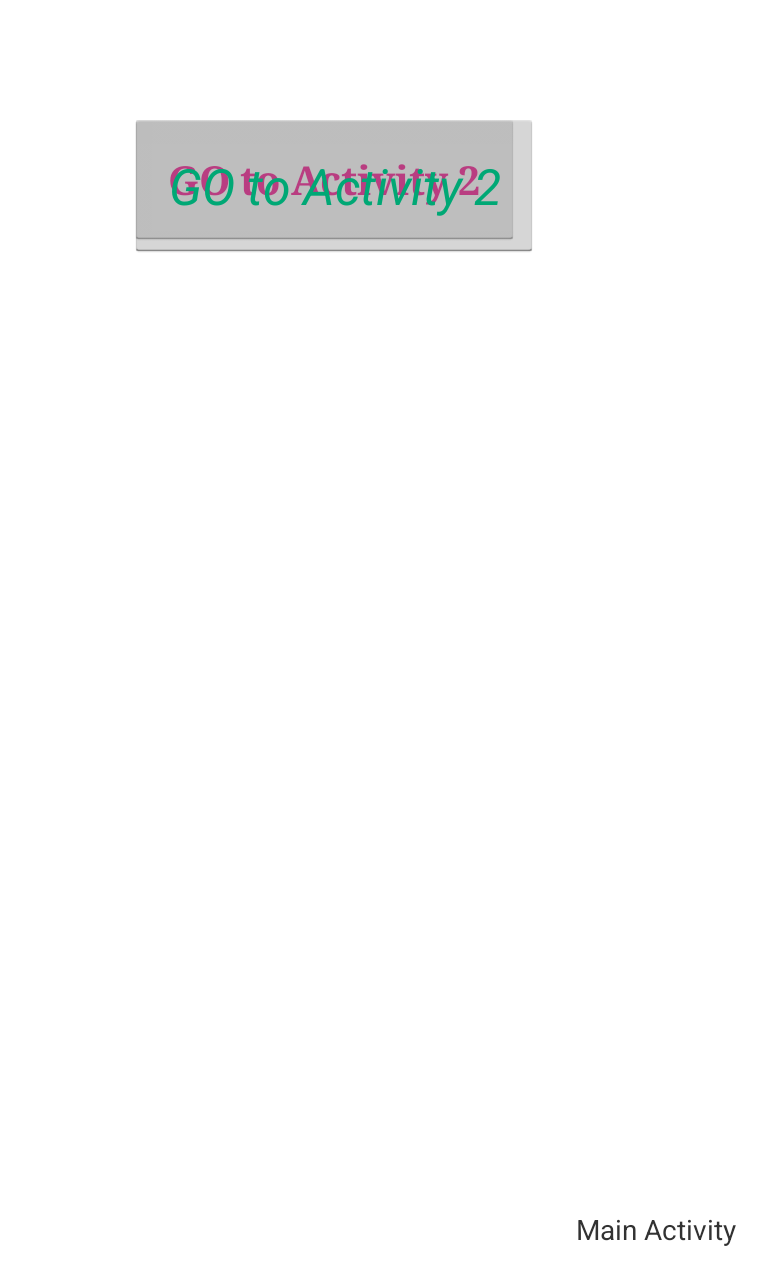
Repository: EnjoyWorkTrue/Spring2014
Layout: CMP464/Assignment3/res/layout/activity_main.xml
These files come from the project's save history. The layout is drawn as it stood at one moment and after the next save; the edit follows.
It is drawn on a 768 x 1280 px phone screen (xhdpi) without system bars, with theme AppTheme; the app's code is not run.

Above is the layout before, as saved 2014-02-25 21:19:34.

After the next save:
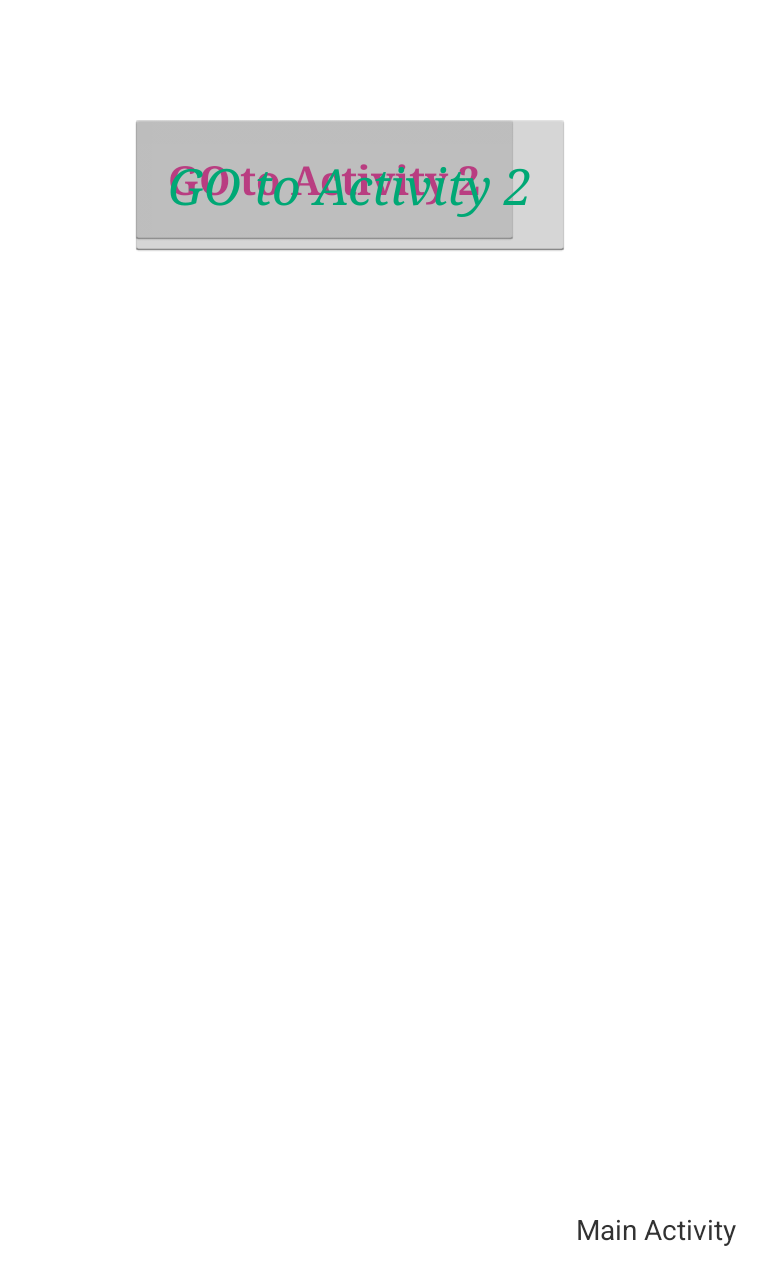
Saved 6 s later.
--- a/CMP464/Assignment3/res/layout/activity_main.xml
+++ b/CMP464/Assignment3/res/layout/activity_main.xml
@@ -36,7 +36,7 @@
         android:textColor="#00A875"
         android:textStyle="italic"
         android:padding="20dp"
-        android:typeface="arial.ttf"/>
+        android:typeface="serif"/>
 
     <TextView
         android:id="@+id/textView1"

After the 2 saves that followed:
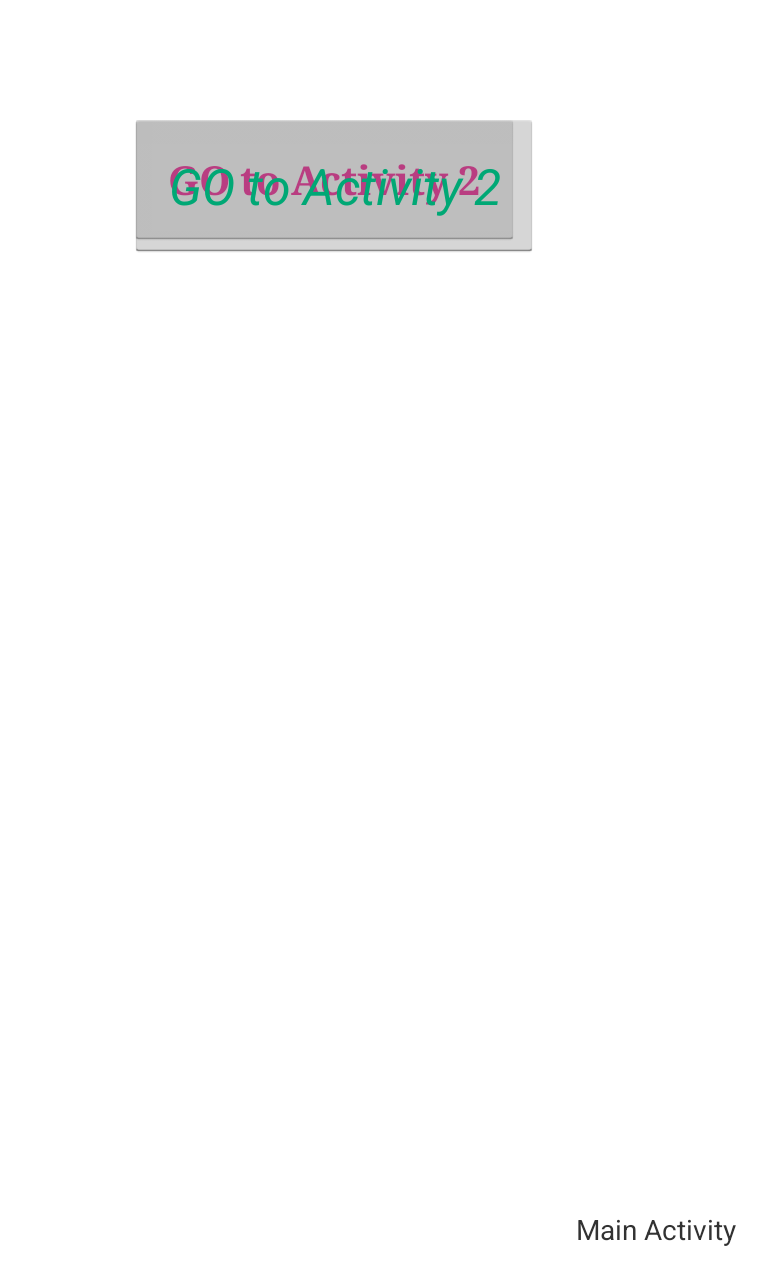
The 2 saves are shown as one change because 1 left the picture as it was.
The last was saved 2 min 28 s later.
--- a/CMP464/Assignment3/res/layout/activity_main.xml
+++ b/CMP464/Assignment3/res/layout/activity_main.xml
@@ -24,7 +24,7 @@
         android:typeface="serif"/>
 
     <Button
-        android:id="@+id/buttonAlternativeStyle"
+        android:id="@+id/button1A"
         android:layout_width="wrap_content"
         android:layout_height="wrap_content"
         android:layout_alignParentLeft="true"
@@ -36,7 +36,7 @@
         android:textColor="#00A875"
         android:textStyle="italic"
         android:padding="20dp"
-        android:typeface="serif"/>
+        android:typeface="san-serif"/>
 
     <TextView
         android:id="@+id/textView1"
